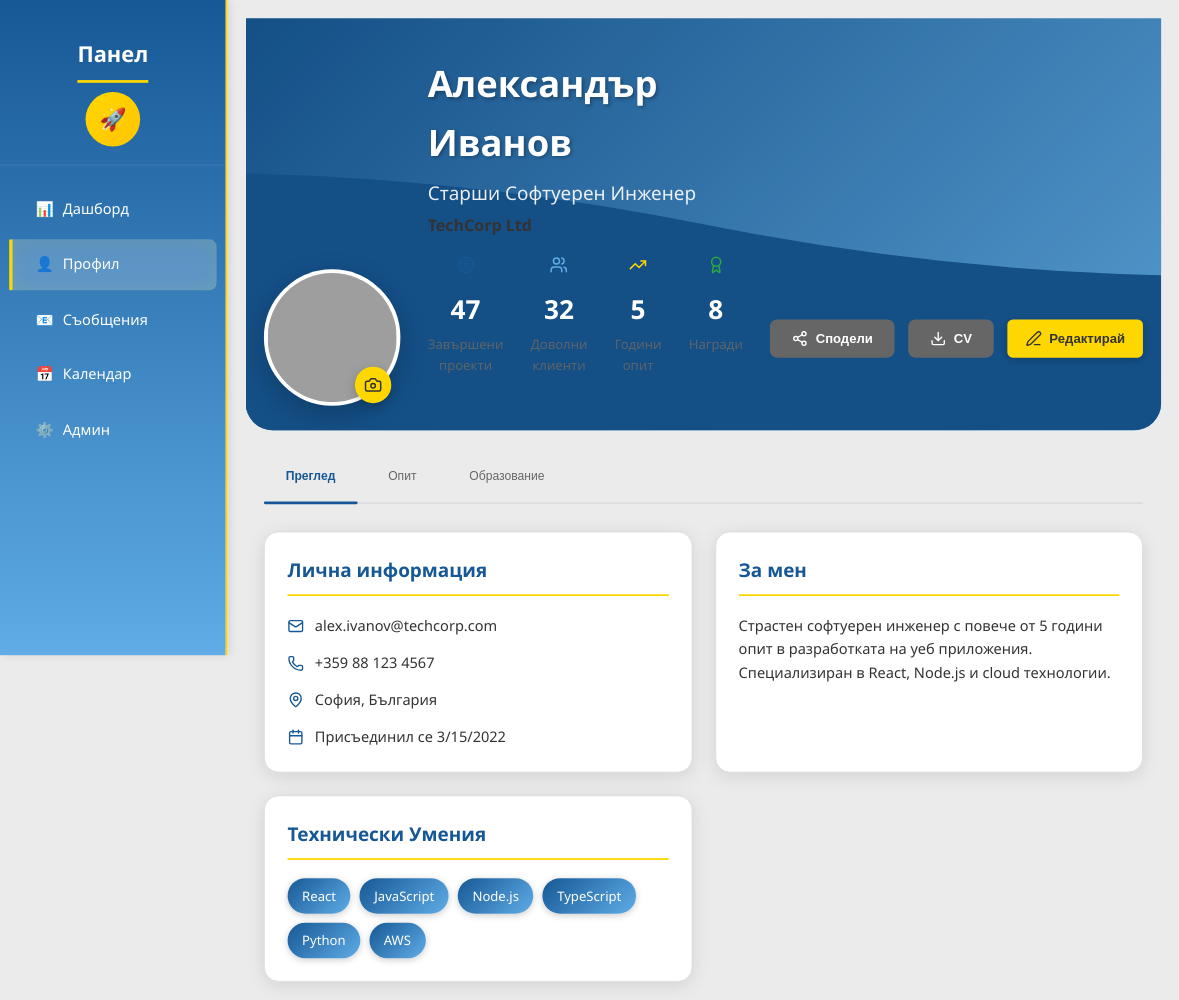
Repository: BorisSavianov/doxa-frontend
Page: /profile
The author's editor kept a copy of each file at every save. The page is drawn from the files as they stood at one save, then again after the next save.
The browser window is 1280 px wide. The page is 1296 px wide, then 1280 px, so the pictures cover 1296 px, including what lies to the right of the window. The pictures show the whole page, at 91% of full size.
Pictures or frames that could not be fetched are drawn as grey boxes. The project was rebuilt for these pictures with package versions that can differ from the ones it lists, and the page was loaded fresh each time. Also part of the build but not shown: vite.config.js, src/components/Layout/Header.jsx, src/components/Charts/SimpleChart.jsx, src/pages/Dashboard.jsx, src/pages/Inbox.css, src/pages/Inbox.jsx, src/pages/Calendar.jsx, src/pages/Admin.jsx.

Above is the page before, as saved 2025-10-24 13:32:01.

After the next save:
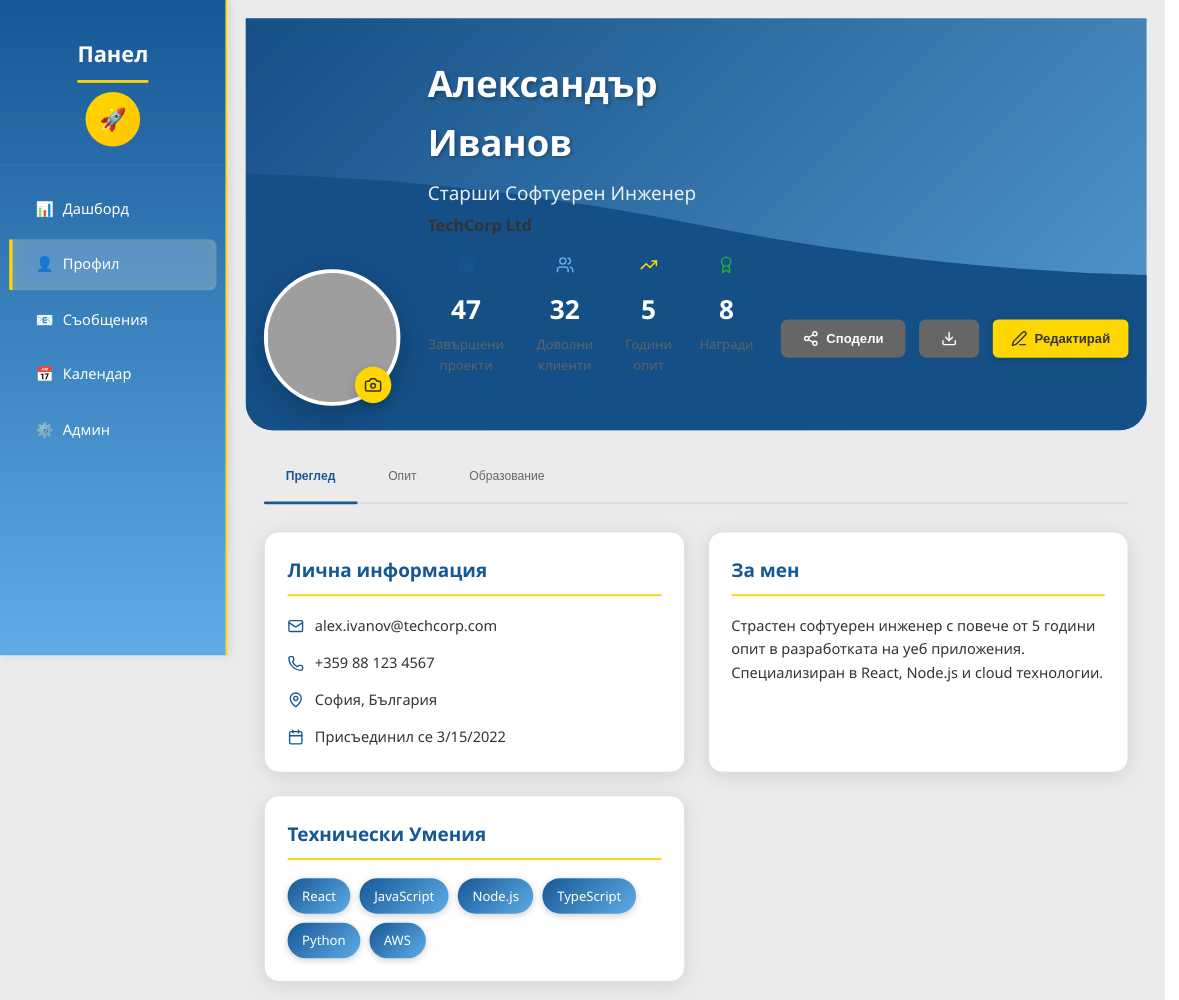
Saved 25 s later.
--- a/src/pages/Profile.jsx
+++ b/src/pages/Profile.jsx
@@ -197,7 +197,7 @@ const Profile = () => {
               whileTap={{ scale: 0.95 }}
             >
               <Download size={18} />
-              {t('CV', 'CV')}
+
             </motion.button>
             <motion.button
               className="btn btn-primary edit-btn"
